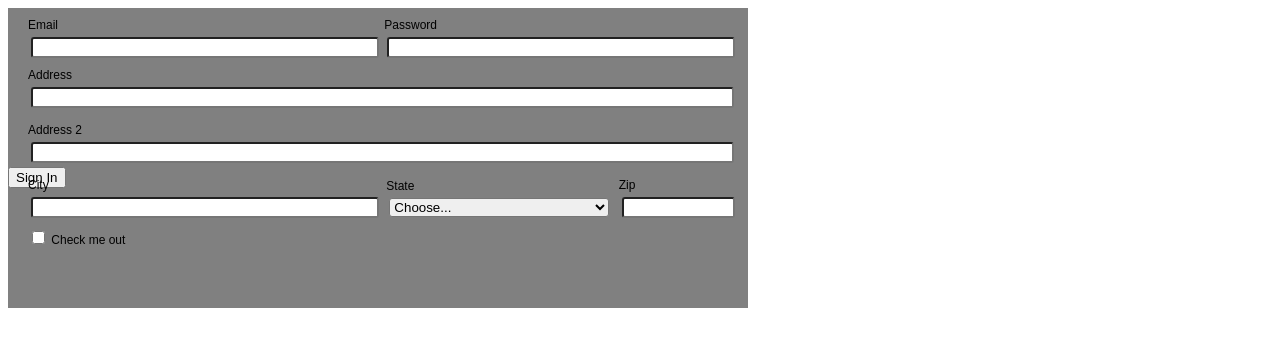
Repository: LongNguyen2504/T3H-FrondEnd
Page: Lesson3_CSS_HomeWork2.html
An editor plug-in stored every save of this project. The page is shown before and after the next save, followed by the edit.
The browser window is 1280 px wide. The pictures show the whole page.

Above is the page before, as saved 2021-12-01 20:23:08.

After the next save:
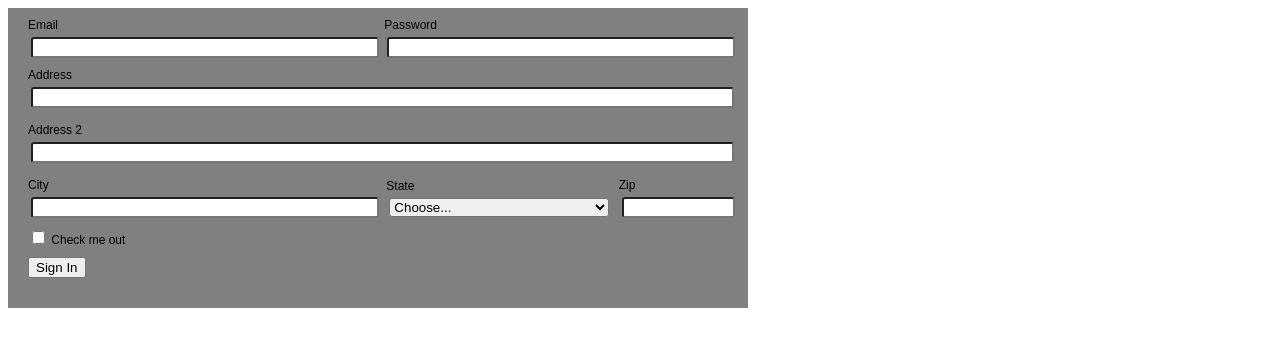
Saved 32 s later.
--- a/Lesson3_CSS_HomeWork2.css
+++ b/Lesson3_CSS_HomeWork2.css
@@ -90,3 +90,8 @@ div.checkbox-div{
     top: 80px;
     left: 20px;
 }
+div.signIn-button{
+    position: relative;
+    top: 90px;
+    left: 20px;
+}
